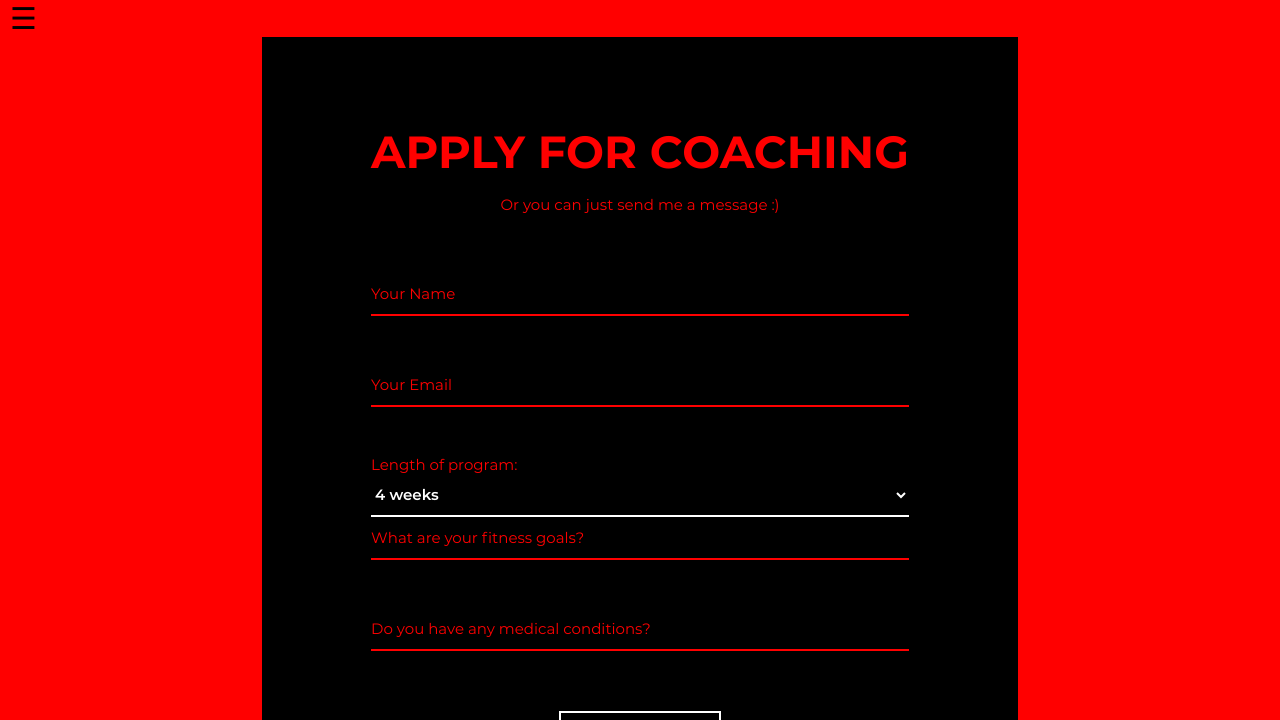
Repository: mamadont/MamadouFitnessWebsite
Page: pages-html/contact-me.html
These files come from the project's save history. The page is drawn as it stood at one moment and after the next save; the edit follows.
The browser window is 1280 px wide. The pictures show the whole page.
An inner scrolling area shows only its first screen. Some web libraries are served in a nearby version.

Above is the page before, as saved 2020-07-08 01:21:17.

### pages-html/contact-me.html
<!DOCTYPE html>
<html>

<head>
    <title>Mamadou Fitness</title>
    <link rel="stylesheet" href='../pages-css/contact.css'>
    <meta name="viewport" content="width=device-width, initial-scale=1.0">

    <!-- Animate.CSS-->
    <link rel="stylesheet" href="https://cdnjs.cloudflare.com/ajax/libs/animate.css/4.0.0/animate.min.css" />
    <!-- Font Awesome -->
    <script src="https://kit.fontawesome.com/0a51dc7bb6.js" crossorigin="anonymous"></script>

    <!-- MATERIAL DESIGN ICONIC FONT -->
    <link rel="stylesheet" href="../fonts/material-design-iconic-font/css/material-design-iconic-font.min.css">

</head>

<body>
    <!-- Parent container-->
    <div id="main" class="bg animate__animated animate__slideInLeft">
        <!-- Hamburger Icon-->
        <span class="menu-icon" onclick="openNav()">&#9776; </span>

        <!-- START: Contact form -->
        <div class="wrapper">
            <div class="inner">
                <form action="">
                    <h3>Apply for Coaching</h3>
                    <p>Or you can just send me a message :)</p>
                    <label class="form-group">
						<input type="text" class="form-control"  required>
						<span>Your Name</span>
						<span class="border"></span>
					</label>
                    <label class="form-group">
						<input type="text" class="form-control"  required>
						<span for="">Your Email</span>
						<span class="border"></span>
                    </label>
                    <label class="form-group"></label>
                    <label for="cars">Length of program:</label>
                    <select class="form-control" name="cars" id="cars">
                                <option value="4">4 weeks</option>
                                <option value="6">6 weeks</option>
                                <option value="8">8 weeks</option>
                                <option value="12">12 weeks</option>
                                <option value="other">Other</option>
                            </select>
                    <span class="border"></span>
                    </label>
                    <label class="form-group">
						<textarea name="" id="" class="form-control" required></textarea>
						<span for="">What are your fitness goals?</span>
						<span class="border"></span>
                    </label>
                    <label class="form-group">
						<textarea name="" id="" class="form-control" required></textarea>
						<span for="">Do you have any medical conditions?</span>
						<span class="border"></span>
					</label>
                    <button>Submit
						<i class="zmdi zmdi-arrow-right"></i>
					</button>
                </form>
            </div>
        </div>
        <!-- END: Contact form -->

    </div>

    <!-- Side menu-->
    <div id="myNav" class="overlay">
        <a href="javascript:void(0)" class="closebtn" onclick="closeNav()">&times;</a>
        <div class="overlay-content">
            <!-- Menu Options -->
            <a href="../index.html">Home</a>
            <a href="./about-me.html">About me</a>
            <a href="./social-media.html">Social Media</a>
            <a href="#">Workout Programs</a>
            <a href="#">Shop</a>
            <a href="./contact-me.html">Apply for Coaching</a>
        </div>
    </div>

    <!-- Javascript for this page-->
    <script src="../scripts/script.js"></script>




    <!-- Necessary script tags for Bootstrap-->
    <script src="https://code.jquery.com/jquery-3.5.1.slim.min.js" integrity="sha384-DfXdz2htPH0lsSSs5nCTpuj/zy4C+OGpamoFVy38MVBnE+IbbVYUew+OrCXaRkfj" crossorigin="anonymous"></script>
    <script src="https://cdn.jsdelivr.net/npm/popper.js@1.16.0/dist/umd/popper.min.js" integrity="sha384-Q6E9RHvbIyZFJoft+2mJbHaEWldlvI9IOYy5n3zV9zzTtmI3UksdQRVvoxMfooAo" crossorigin="anonymous"></script>
</body>

</html>

### pages-css/contact.css
/* Background Image */

body,
html {
    height: 100%;
    font-family: "Montserrat-Regular";
    color: red;
    font-size: 15px;
    margin: 0;
    overflow-x: hidden;
    background-color: red;
}

.bg {
    /* The image used */
    background-color: red;
    /* Full height */
    height: 100%;
    /* Center and scale the image nicely */
    background-position: center;
    background-repeat: no-repeat;
    background-size: cover;
    z-index: -1;
}


/* Hamburger (Menu) icon */

.menu-icon {
    font-size: 30px;
    cursor: pointer;
    padding-left: 10px;
    color: black;
    height: 300px;
    width: 300px;
}


/* Menu overlay */

.overlay {
    height: 100%;
    width: 0;
    position: fixed;
    z-index: 1;
    top: 0;
    left: 0;
    background-color: rgb(0, 0, 0);
    background-color: rgba(0, 0, 0, 0.9);
    overflow-x: hidden;
    transition: 0.5s;
}

.overlay-content {
    position: relative;
    top: 25%;
    width: 100%;
    text-align: center;
    margin-top: 30px;
}

.overlay a {
    padding: 8px;
    text-decoration: none;
    font-size: 36px;
    color: #818181;
    display: block;
    transition: 0.3s;
}

.overlay a:hover,
.overlay a:focus {
    color: red;
    text-decoration: none;
}

.overlay .closebtn {
    position: absolute;
    top: 20px;
    right: 45px;
    font-size: 60px;
}

@media screen and (max-height: 450px) {
    .overlay a {
        font-size: 20px
    }
    .overlay .closebtn {
        font-size: 40px;
        top: 15px;
        right: 35px;
    }
}


/* Contact form */

@font-face {
    font-family: "Montserrat-Regular";
    src: url("../fonts/Montserrat/Montserrat-Regular.ttf");
}

@font-face {
    font-family: "Montserrat-Bold";
    src: url("../fonts/Montserrat/Montserrat-Bold.ttf");
}

@font-face {
    font-family: "Montserrat-SemiBold";
    src: url("../fonts/Montserrat/Montserrat-SemiBold.ttf");
}

* {
    -webkit-box-sizing: border-box;
    -moz-box-sizing: border-box;
    box-sizing: border-box;
}

input,
textarea,
select,
button {
    font-family: "Montserrat-Regular";
    color: #fff;
    font-size: 15px;
}

p,
h1,
h2,
h3,
h4,
h5,
h6,
ul {
    margin: 0;
}

img {
    max-width: 100%;
}

ul {
    padding-left: 0;
    margin-bottom: 0;
}

a:hover {
    text-decoration: none;
}

 :focus {
    outline: none;
}

.wrapper {
    min-height: 100vh;
    display: flex;
    align-items: center;
    background-size: cover;
}

.inner {
    max-width: 758px;
    margin: auto;
    background: black;
    border: 10px solid black;
    padding: 77px 99px 87px;
    /* box-shadow: 0px 0px 10px 0px rgba(0, 0, 0, 0.2);
    -webkit-box-shadow: 0px 0px 10px 0px rgba(0, 0, 0, 0.2);
    -moz-box-shadow: 0px 0px 10px 0px rgba(0, 0, 0, 0.2);
    -ms-box-shadow: 0px 0px 10px 0px rgba(0, 0, 0, 0.2);
    -o-box-shadow: 0px 0px 10px 0px rgba(0, 0, 0, 0.2); */
}

textarea {
    resize: none;
}

h3 {
    text-transform: uppercase;
    font-size: 45px;
    font-family: "Montserrat-Bold";
    text-align: center;
    margin-bottom: 12px;
}

p {
    text-align: center;
    padding: 0 10px;
    margin-bottom: 55px;
    line-height: 1.8;
}

.form-group {
    position: relative;
    display: block;
    margin-bottom: 48px;
}

.form-group span {
    font-size: 15px;
    color: red;
    position: absolute;
    top: 11px;
    transition: all .2s ease;
    transform-origin: 0 0;
    cursor: text;
}

.form-group span.border {
    height: 2px;
    display: block;
    position: absolute;
    width: 100%;
    left: 0;
    top: 41px;
    transform: scaleX(0);
    transition: all .15s ease;
    background: #fff;
}

.form-control {
    border: none;
    border-bottom: 2px solid red;
    display: block;
    width: 100%;
    height: 43px;
    font-size: 15px;
    background: none;
    font-family: "Montserrat-SemiBold";
}

.form-control:focus,
.form-control:valid {
    border-bottom: 2px solid #fff;
}

.form-control:focus+span,
.form-control:valid+span {
    transform: translateY(-22px) scale(0.8);
}

.form-control:focus+span+.border,
.form-control:valid+span+.border {
    transform: scaleX(1);
}

textarea.form-control {
    padding-top: 10px;
    padding-bottom: 10px;
}

button {
    border: none;
    width: 162px;
    height: 51px;
    border: 2px solid #fff;
    margin: auto;
    margin-top: 60px;
    cursor: pointer;
    display: flex;
    align-items: center;
    justify-content: center;
    padding: 0;
    background: none;
    color: #fff;
    text-transform: uppercase;
    font-family: "Montserrat-SemiBold";
    -webkit-transform: perspective(1px) translateZ(0);
    transform: perspective(1px) translateZ(0);
    position: relative;
    -webkit-transition-property: color;
    transition-property: color;
    -webkit-transition-duration: 0.3s;
    transition-duration: 0.3s;
}

button i {
    margin-left: 10px;
    -webkit-transform: translateZ(0);
    transform: translateZ(0);
    -webkit-transition-duration: 0.1s;
    transition-duration: 0.1s;
    -webkit-transition-property: transform;
    transition-property: transform;
    -webkit-transition-timing-function: ease-out;
    transition-timing-function: ease-out;
}

button:before {
    content: "";
    position: absolute;
    z-index: -1;
    top: 0;
    left: 0;
    right: 0;
    bottom: 0;
    background: red;
    -webkit-transform: scaleX(0);
    transform: scaleX(0);
    -webkit-transform-origin: 0 50%;
    transform-origin: 0 50%;
    -webkit-transition-property: transform;
    transition-property: transform;
    -webkit-transition-duration: 0.3s;
    transition-duration: 0.3s;
    -webkit-transition-timing-function: ease-out;
    transition-timing-function: ease-out;
}

button:hover {
    border-color: transparent;
}

button:hover:before {
    -webkit-transform: scaleX(1);
    transform: scaleX(1);
}

button:hover i {
    -webkit-transform: translateX(4px);
    transform: translateX(4px);
}

@media (max-width: 767px) {
    h3 {
        font-size: 38px;
    }
    p {
        font-size: 14px;
        padding: 0;
    }
    .inner {
        padding: 27px 20px 37px;
        border: none;
        box-shadow: none;
        -webkit-box-shadow: none;
        -moz-box-shadow: none;
        -ms-box-shadow: none;
        -o-box-shadow: none;
    }
    .wrapper {
        background: black;
        border: 10px solid red;
    }
}


/*# sourceMappingURL=style.css.map */

### scripts/script.js
function openNav() {
    // Changes width based on the width of the viewport (30% for larger screens, 100% for smaller screens)
    if (window.innerWidth < 1280) {
        document.getElementById("myNav").style.width = "100%";
    } else {
        document.getElementById("myNav").style.width = "30%";
    }

    document.getElementById("main").style.opacity = 0.5;



}

function closeNav() {
    document.getElementById("myNav").style.width = "0%";
    document.getElementById("main").style.opacity = 1.0
}

Loaded but not shown: fonts/material-design-iconic-font/css/material-design-iconic-font.min.css (library)

After the next save:
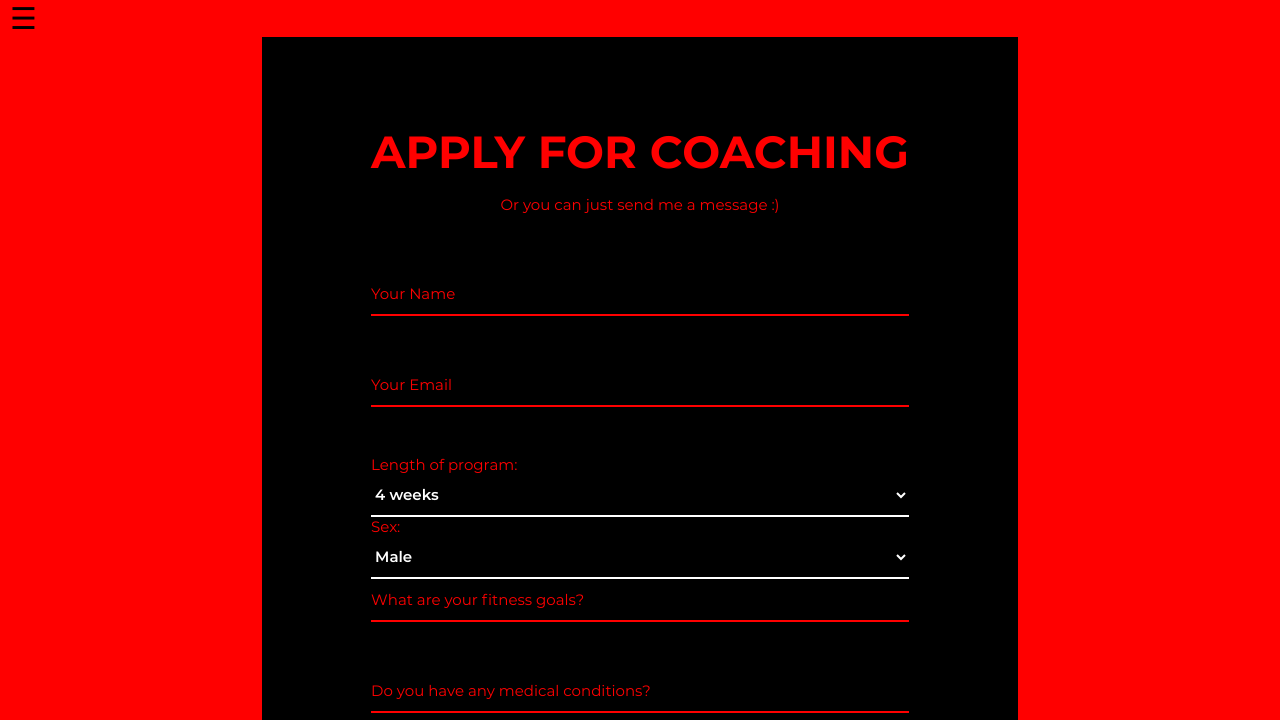
Saved 105 s later.
--- a/pages-html/contact-me.html
+++ b/pages-html/contact-me.html
@@ -49,6 +49,13 @@
                             </select>
                     <span class="border"></span>
                     </label>
+                    <label for="cars">Sex:</label>
+                    <select class="form-control" name="cars" id="cars">
+                                <option value="4">Male</option>
+                                <option value="6">Female</option>
+                            </select>
+                    <span class="border"></span>
+                    </label>
                     <label class="form-group">
 						<textarea name="" id="" class="form-control" required></textarea>
 						<span for="">What are your fitness goals?</span>
